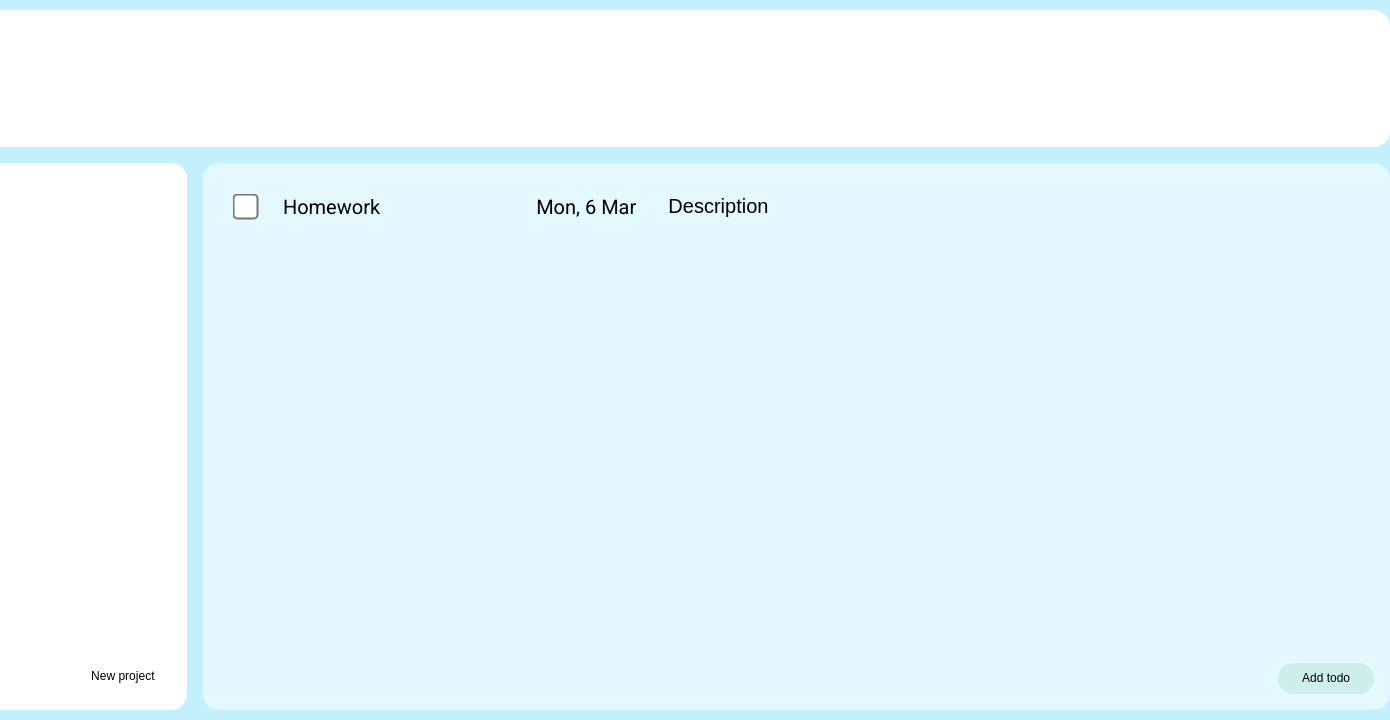
Repository: yeetzpxoci/todo-list
Page: dist/index.html
These files come from the project's save history. The page is drawn as it stood at one moment and after the next save; the edit follows.
The browser window is 1280 px wide. The page is 1390 px wide, so the pictures cover 1390 px, including what lies to the right of the window. The pictures show the whole page.
Some web fonts or font styles are not loaded; a fallback is used.

Above is the page before, as saved 2023-03-07 17:30:07.
Console error: ReferenceError: projectNameSubmit is not defined

### dist/index.html
<!DOCTYPE html>
<html lang="en">
<head>
    <meta charset="UTF-8">
    <meta http-equiv="X-UA-Compatible" content="IE=edge">
    <meta name="viewport" content="width=device-width, initial-scale=1.0">
    <title>Todo List</title>
    <link rel="stylesheet" href="styles.css">
    <link rel="preconnect" href="https://fonts.googleapis.com">
    <link rel="preconnect" href="https://fonts.gstatic.com" crossorigin>
    <link href="https://fonts.googleapis.com/css2?family=Tilt+Warp&display=swap" rel="stylesheet">
    <link href="https://fonts.googleapis.com/css2?family=Roboto&family=Tilt+Warp&display=swap" rel="stylesheet">
</head>
<body>

<script src="main.js"></script>
</body>
</html>

### dist/styles.css
body, html {
    margin:0;
    padding: 0;
}

body {
    min-height: 100vh;
    display: flex;
    flex-direction: column;
    justify-content: center;
    align-items: center;
    font-family: 'Roboto';
    background-color: #c3f1ff;
}

p {
    margin: 0;
    padding: 0;
}

#content {
    width: 1500px;
    height: 700px;
    display: grid;
    grid-template-columns: 1fr 4fr;
    grid-template-rows: 1fr 4fr;
    background-color: #c3f1ff;
    z-index: 0;
    overflow: hidden;
    border-radius: 16px;
    gap: 16px;
}

#header {
    display: flex;
    justify-content: center;
    align-items: center;
    background-color: white;
    font-size: 64px;
    font-family: 'Tilt Warp', cursive;
    grid-column: 1 / 3;
    grid-row: 1 / 2;
    z-index: 1;
    border-radius: 16px;
}

#header p {
    margin: 24px;
    padding: 0;
    color: white;
}

#sidebar {
    display: flex;
    flex-direction: column;
    background-color: white;
    grid-column: 1 / 2;
    grid-row: 2 / 3;
    z-index: -1;
    padding-left: 24px;
    padding-top: 24px;
    border-radius: 16px;
}

#projects-div {
    display: flex;
    flex-direction: column;
    width: 100%;
}

#add-project {
    align-self: flex-end;
    border-radius: 16px;
    border-width: 0;
    height: 36px;
    width: 96px;
    font-size: 12px;
    margin-top: auto;
    margin-right: 16px;
    margin-bottom: 16px;
    background-color: white;
    cursor: pointer;
}

#add-todo {
    align-self: flex-end;
    border-radius: 16px;
    border-width: 0;
    height: 36px;
    width: 96px;
    font-size: 12px;
    margin-top: auto;
    margin-bottom: 16px;
    margin-right: 16px;
    background-color: #CDF0EA;
    cursor: pointer;
}

.project-name {
    font-size: 32px;
    font-weight: bold;
    cursor: pointer;
}

#todos-wrapper {
    display: flex;
    flex-direction: column;
    gap: 16px;
    background-color: #e4f9ff;
    border-radius: 16px;
}

#todos {
    height: 100%;
    display: grid;
    grid-template-columns: 1fr 1fr;
    grid-auto-rows: 20%;
    column-gap: 16px;
    padding-left: 16px;
    padding-right: 16px;
    margin-top: 16px;
    overflow: scroll;
}

.todo, .todo-high, .todo-medium, .todo-low {
    display: flex;
    justify-content: space-between;
    align-items: center;
    height: 60%;
    border-radius: 16px;
    padding-left: 16px;
    padding-right: 16px;
    font-size: 20px;
}

.todo-high {
    background-color: #FFCBCB;
}

.todo-medium {
    background-color: #FFFDDE;
}

.todo-low {
    background-color: #E7FBBE;
}

.due {
    padding-left: 128px;
}

.checkbox {
    transform: scale(2);
}

.description {
    background-color: #caf1ff;
    border-radius: 16px;
    border-width: 0px;
    font-size: 20px;
    padding: 4px;
    cursor: pointer;
    background-color: transparent;
}

#description-div {
    display: none;
    flex-direction: column;
    flex-wrap: wrap;
    background-color: #F9F9F9;
    width: 25%;
    height: 40%;
    border-radius: 16px;
    padding: 16px;
    position: absolute;
    margin-left: auto;
    margin-right: auto;
    left: 0;
    right: 0;
    z-index: 2;
    box-shadow: 0 0 0 1600px rgba(0, 0, 0, 0.65);
}

#description-text {
    justify-content: baseline;
}

#close-button {
    margin-top: -8px;
    margin-right: -8px;
    font-weight: bold;
    width: 24px;
    height: 24px;
    align-self: flex-end;
    background-color: transparent;
    border: transparent;
    cursor: pointer;
}

#new-project-form {
    display: none;
    flex-direction: column;
    align-items: center;
    gap: 8px;
    flex-wrap: wrap;
    background-color: #F9F9F9;
    width: 20%;
    height: 10%;
    border-radius: 16px;
    padding: 16px;
    position: absolute;
    margin-left: auto;
    margin-right: auto;
    left: 0;
    right: 0;
    top: 256px;
    z-index: 2;
    box-shadow: 0 0 0 1600px rgba(0, 0, 0, 0.65);
}

#new-todo-form {
    display: none;
    flex-direction: column;
    align-items: center;
    gap: 8px;
    flex-wrap: wrap;
    background-color: #F9F9F9;
    width: 20%;
    height: 20%;
    border-radius: 16px;
    padding: 16px;
    position: absolute;
    margin-left: auto;
    margin-right: auto;
    left: 0;
    right: 0;
    top: 256px;
    z-index: 2;
    box-shadow: 0 0 0 1600px rgba(0, 0, 0, 0.65);
}

### dist/main.js
(()=>{"use strict";let e=[];function t(e){return{name:e,todos:[]}}let n=t("Default");function o(){for(let e=0;e<projects.length;e++){const t=document.createElement("p");t.className="project-name",t.innerHTML=projects[e].name,sidebarDiv.append(t)}}function c(){sidebarDiv.innerHTML=""}n.todos.push({title:"Homework",description:"Networks and Security bTCP Homework",dueDate:"Mon, 6 Mar",priority:"High"}),e.push(n),function(e){const t=document.createElement("div");t.id="content";const n=document.createElement("div");n.id="header";const d=document.createElement("p");d.innerHTML="Todo",n.append(d);const i=document.createElement("div");i.id="sidebar";const a=document.createElement("button");a.id="add-project",a.innerHTML="New project",a.addEventListener("click",(function(){document.getElementById("new-project-form").style.display="flex"})),i.append(a);const s=document.createElement("div");s.id="todos-wrapper";const r=document.createElement("div");r.id="todos";const m=document.createElement("button");m.id="add-todo",m.innerHTML="Add todo",s.append(r,m);const l=document.createElement("button");l.id="close-button",l.innerHTML="X",l.addEventListener("click",(function(){this.parentElement.style.display="none"}));for(let t=0;t<e[0].todos.length;t++){const n=document.createElement("div");n.className="todo";const o=document.createElement("input");o.className="checkbox",o.type="checkbox";const c=document.createElement("p");c.innerHTML=e[0].todos[t].title,c.className="todo-name";const d=document.createElement("p");d.innerHTML=e[0].todos[t].dueDate,d.className="due";const i=document.createElement("p");i.id="description-text",i.innerHTML=e[0].todos[t].description;const a=l.cloneNode(!0);a.addEventListener("click",(function(){this.parentElement.style.display="none"}));const s=document.createElement("div");s.id="description-div",s.append(a,i);const m=document.createElement("button");m.innerHTML="Description",m.className="description",m.addEventListener("click",(function(){this.previousElementSibling.style.display="flex"})),n.append(o,c,d,s,m),r.append(n)}const p=document.createElement("form");p.id="new-project-form",p.onsubmit=function(e){e.preventDefault()};const u=document.createElement("input");u.id="project-name-input",u.type="text",u.placeholder="Project name";const E=document.createElement("input");E.type="submit",E.value="Add project",E.addEventListener("click",(function(){c(),o(),this.parentElement.style.display="none"})),p.append(l,u,E),t.append(n,i,s,p),document.body.appendChild(t)}(e),projectNameSubmit.addEventListener("click",(function(){!function(n){let o=t(document.getElementById("project-name-input").value);e.push(o)}(),sidebarDiv.innerHTML="",function(){for(let t=0;t<e.length;t++){const n=document.createElement("p");n.className="project-name",n.innerHTML=e[t].name,sidebarDiv.append(n)}}(),this.parentElement.style.display="none"}))})();

After the next save:
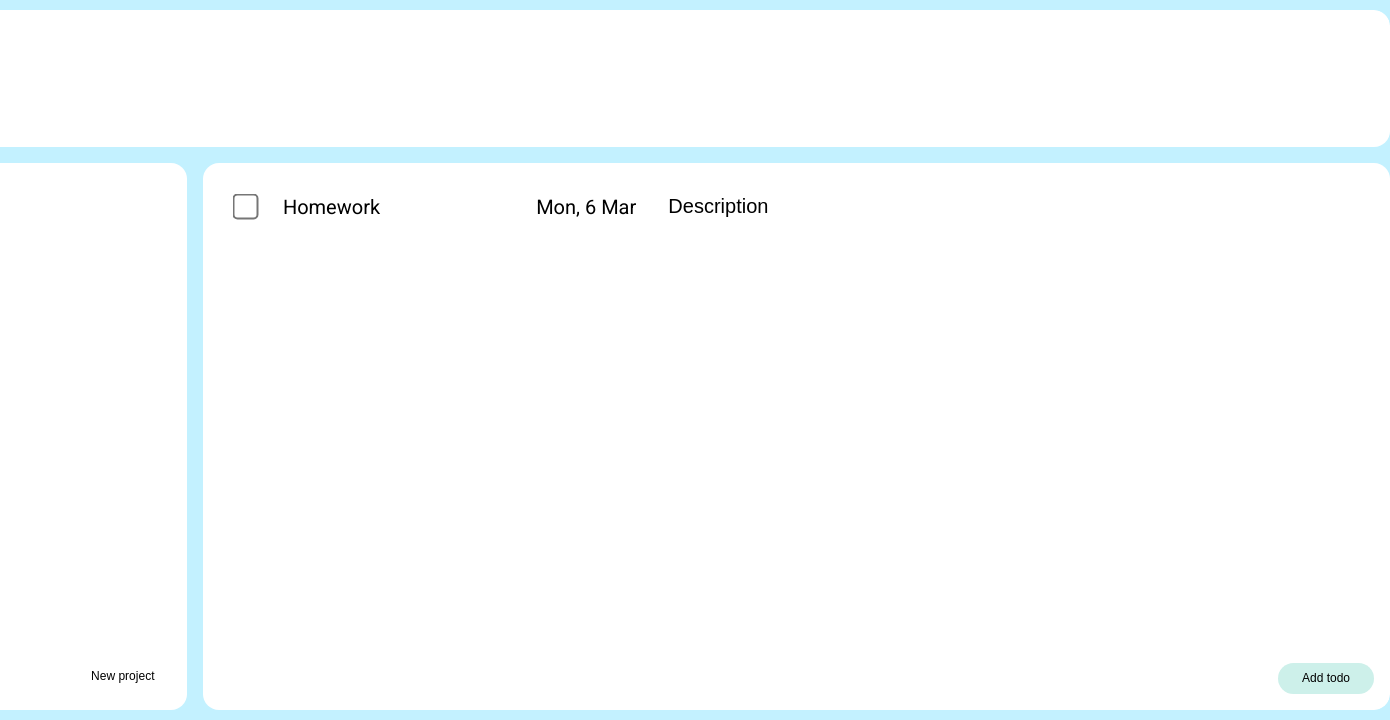
Saved 10 s later.
--- a/dist/styles.css
+++ b/dist/styles.css
@@ -106,7 +106,7 @@ p {
     display: flex;
     flex-direction: column;
     gap: 16px;
-    background-color: #e4f9ff;
+    background-color: white;
     border-radius: 16px;
 }
 
